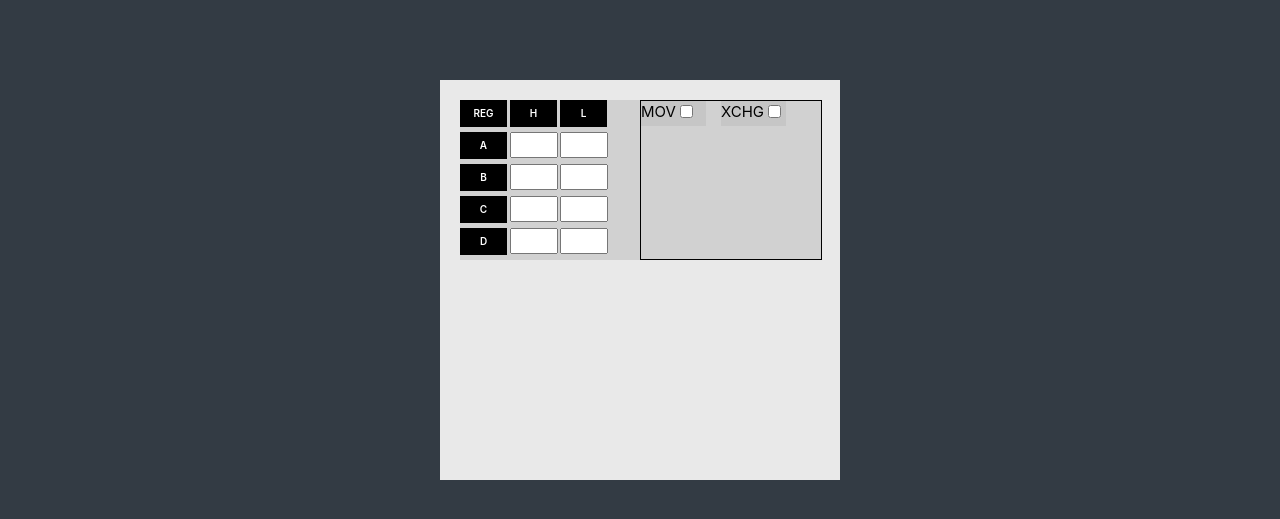
Repository: piookr-wsei/8086
Page: /
An editor plug-in stored every save of this project. The page is shown before and after the next save, followed by the edit.
The browser window is 1280 px wide. The pictures show the whole page.
The project was rebuilt for these pictures with package versions that can differ from the ones it lists, and the page was loaded fresh each time.

Above is the page before, as saved 2022-06-18 21:03:15.

After the next save:
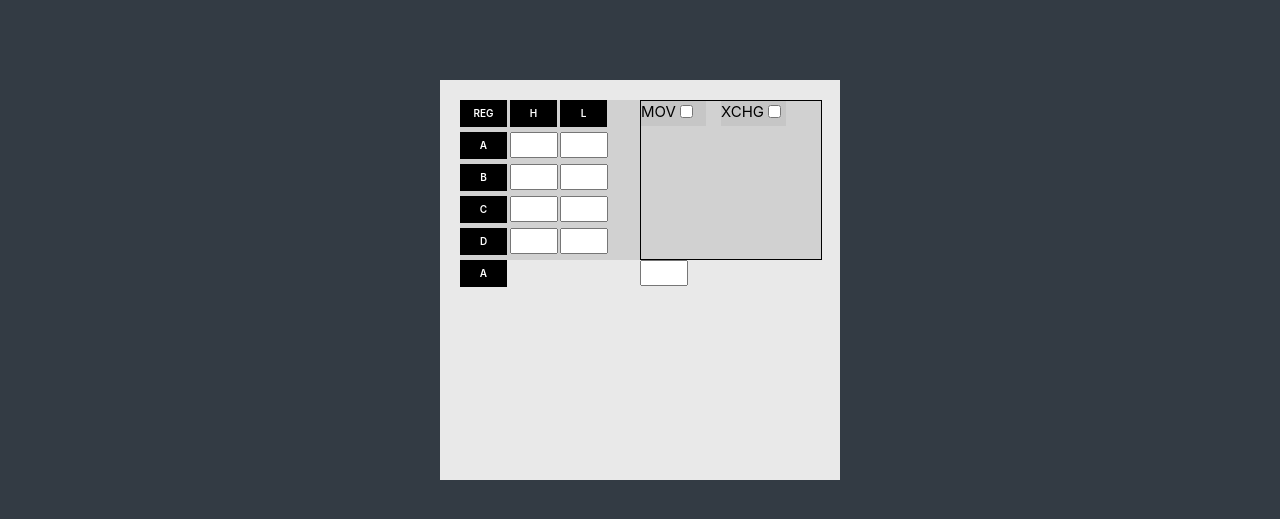
Saved 27 s later.
--- a/src/App.js
+++ b/src/App.js
@@ -70,6 +70,7 @@ function OpChange(){
 
           </ParamWrapper>
 
+          <RegDesc textContent={"A"}/>  <RegInput maxLength={2}/>
 
         </UiWrapper>
       </UiWindow>
